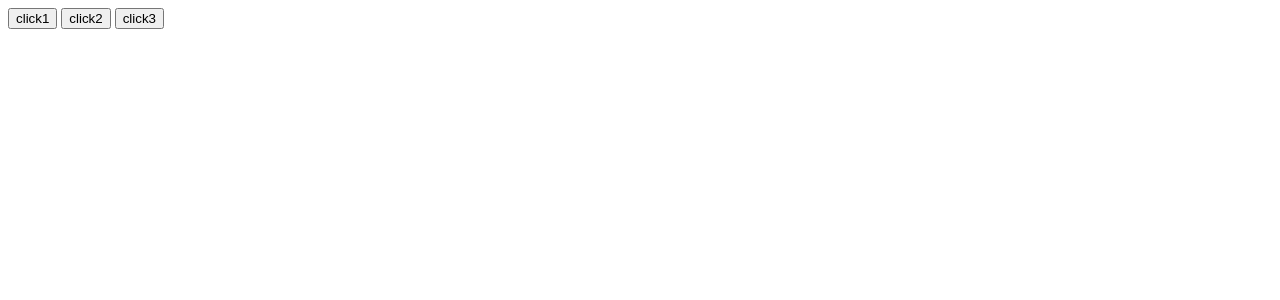
Repository: hong-bi/JsonStudy
Page: JsonApp01/WebContent/JsonTest10.html
These files come from the project's save history. The page is drawn as it stood at one moment and after the next save; the edit follows.
The browser window is 1280 px wide. The pictures show the whole page.

Above is the page before, as saved 2019-05-31 06:37:56.

### JsonApp01/WebContent/JsonTest10.html
<meta charset="UTF-8">
<script type="text/javascript">

	var obj6 =
	[
		"test"
	]

	var obj6_1 =
	[
		"test","test2"
	]

	var obj6_2 =
	[
		"test","test2",123, 123+1
	]


</script>

<form>

	<input type="button" value="click1" onclick="alert(obj6)">
	<input type="button" value="click2" onclick="alert(obj6_1)">
	<input type="button" value="click3" onclick="alert(obj6_2)">

	<br><br>

</form>

After the next save:
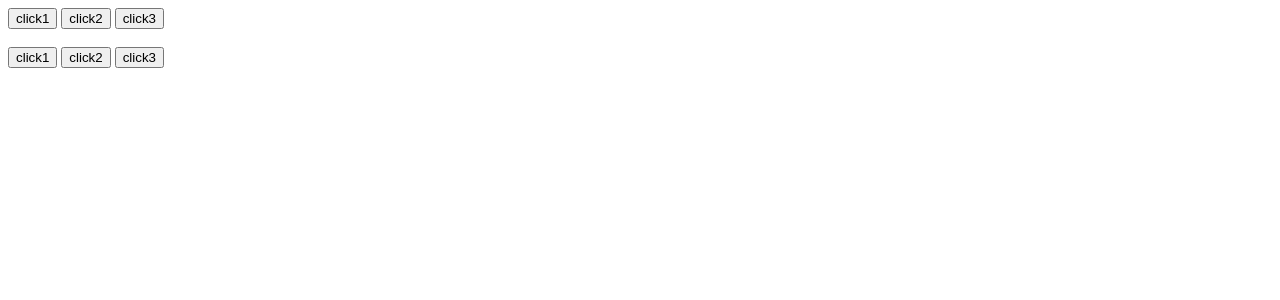
Saved 6 min 32 s later.
--- a/JsonApp01/WebContent/JsonTest10.html
+++ b/JsonApp01/WebContent/JsonTest10.html
@@ -27,4 +27,8 @@
 
 	<br><br>
 
+	<input type="button" value="click1" onclick="alert(typeof obj6)">
+	<input type="button" value="click2" onclick="alert(typeof obj6_1)">
+	<input type="button" value="click3" onclick="alert(typeof obj6_2)">
+
 </form>
